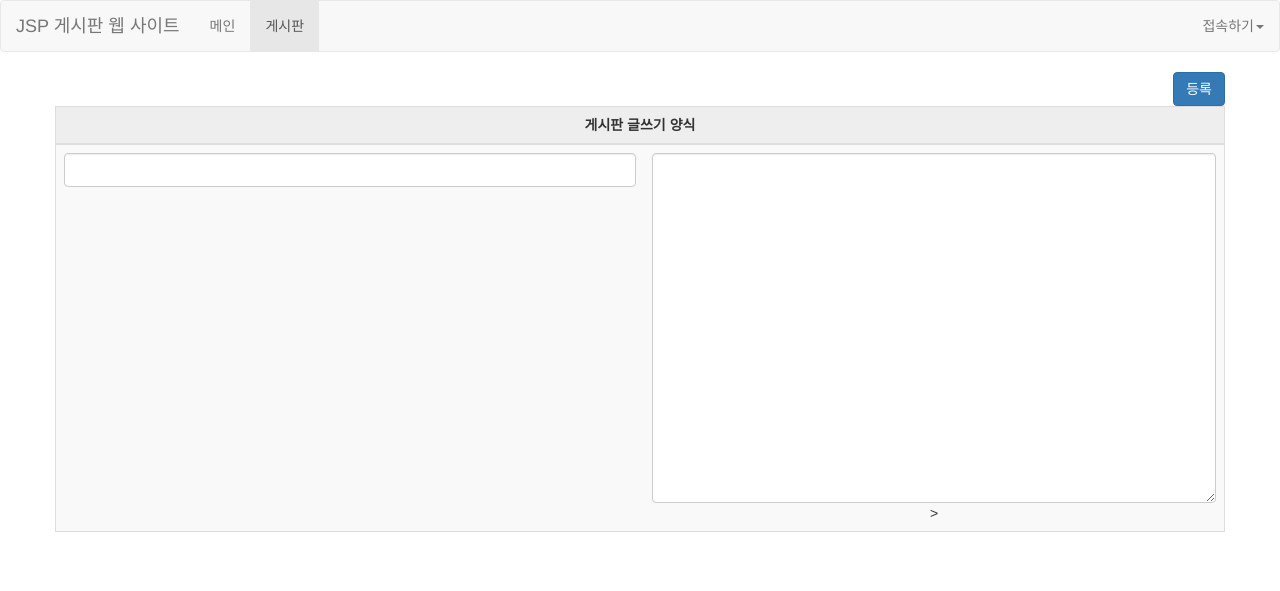
Repository: flown222/JSP_BasicWebsite_Project
Page: http://localhost/BBS/write.jsp
An editor plug-in stored every save of this project. The page is shown before and after the next save, followed by the edit.
The browser window is 1280 px wide. The pictures show the whole page.
The page is served by Tomcat 9. Other server files are loaded and not shown.

Above is the page before, as saved 2022-08-21 07:26:34.

### projects /BBS/src/main/webapp/write.jsp
<%@ page language="java" contentType="text/html; charset=UTF-8"
    pageEncoding="UTF-8"%>
<%@ page import="java.io.PrintWriter"%>
<!DOCTYPE html>
<html>
<head>
<meta http-equiv="Content-Type" content="text/html; charset=UTF-8">
<meta name="viewport" content="width=device-width" , initial-scale="1">
<link rel="stylesheet" href="css/bootstrap.css">

<title>JSP 로그인 웹 사이트</title>
</head>
<body>
	<%
		String userID = null;
		if(session.getAttribute("userID") != null){
			userID = (String) session.getAttribute("userID");
		}
	%>
	<nav class="navbar navbar-default ">
		<div class="navbar-header">
			<button type="button" class="navbar-toggle collapsed"
			data-toggle="collapse" data-target="#bs-example-navbar-collapse-1"
			aria-expanded="false">
				<span class="icon-bar"></span>
				<span class="icon-bar"></span>
				<span class="icon-bar"></span>
			</button>

			<a class="navbar-brand" href="main.jsp">JSP 게시판 웹 사이트</a>
		</div>
       <div class="collapse navbar-collapse" id="bs-example-navbar-collapse-1"
       				aria-expanded="false">
           <ul class="nav navbar-nav">
                   <li><a href="main.jsp">메인</a></li>
                   <li class="active"><a href="bbs.jsp">게시판</a></li>
           </ul>
           <%
           		if(userID == null){ //로그인 또는 회원가입을 통해 접속을 하지 않을 상태일때.
           %>
			<ul class="nav navbar-nav navbar-right">
				<li class="dropdown">
					<a href="#" class="dropdown-toggle"
                     data-toggle="dropdown" role="button" aria-haspopup="true"
                     aria-expanded="false">접속하기<span class="caret"></span></a>
                     <ul class="dropdown-menu">
                     	<li><a href="login.jsp">로그인</a></li>
                     	<li><a href="join.jsp">회원가입</a></li>
                     </ul>
				</li>
			</ul>
			<%
           		} else{//로그인 또는 회원가입을 통해 접속을 했을때.
           	%>
           	<ul class="nav navbar-nav navbar-right">
				<li class="dropdown">
					<a href="#" class="dropdown-toggle"
                     data-toggle="dropdown" role="button" aria-haspopup="true"
                     aria-expanded="false">회원관리<span class="caret"></span></a>
                     <ul class="dropdown-menu">
                     	<li><a href="logoutAction.jsp">로그아웃</a></li>
                     </ul>
				</li>
			</ul>
           	<%
           		}
            %>

		</div>
	</nav>
	<div class="container">
		<div class="row">
			<form method="post" action= "writeAction.jsp">
				<table class="table table-striped" style="text-align : center; border: 1px solid #dddddd">
					<thead>
						<tr>
							<th colspan="2" style="background-color: #eeeeee; text-align: center;">게시판 글쓰기 양식</th>
						</tr>
					</thead>
					<tbody>
						<tr>
							<td><input type="text" class="form-control" placeholer="글 제목을 입력하세요."
							name="bbsTitle" maxlength="50"></td>
							<td><textarea type="text" class="form-control" placeholer="글 내용을 입력하세요."
							name="bbsContent" maxlength="2048" style= "height: 350px; "></textarea>></td>
						</tr>
					</tbody>
					<input type="submit" class="btn btn-primary pull-right" value = "등록">
				</table>
			</form>
		</div>
	</div>
	<script src="https://code.jquery.com/jquery-3.3.1.min.js"></script>
	<script src="js/bootstrap.js"></script>
</body>
</html>

Loaded but not shown: projects /BBS/src/main/webapp/css/bootstrap.css (library); projects /BBS/src/main/webapp/js/bootstrap.js (library)

After the next save:
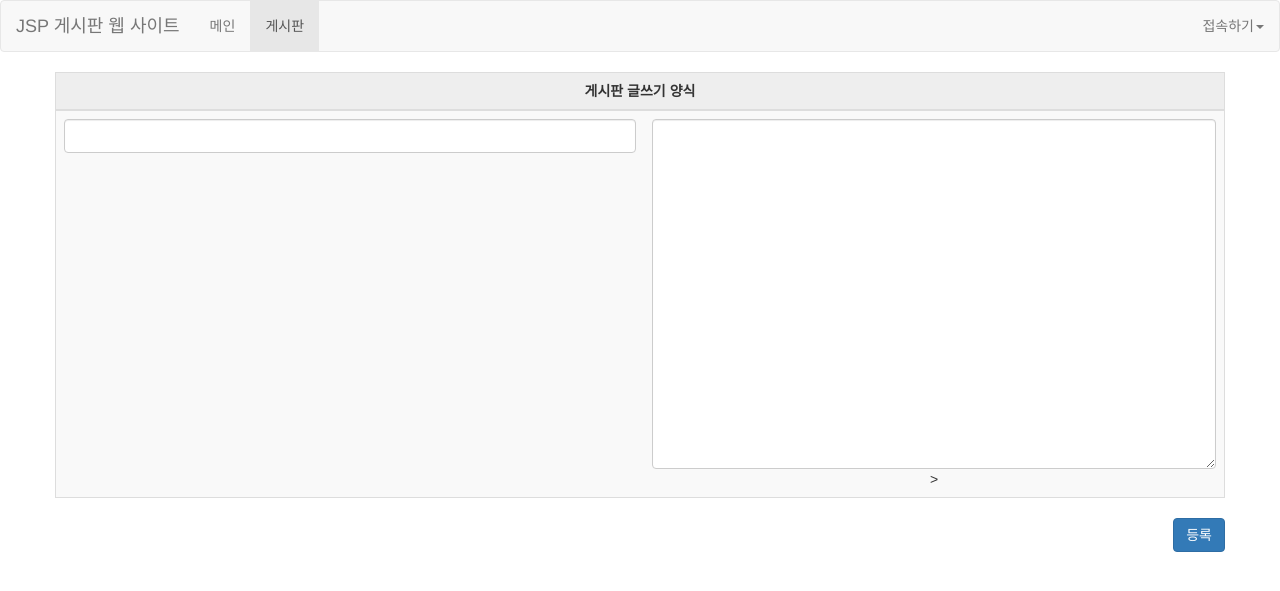
Saved 41 s later.
--- a/projects /BBS/src/main/webapp/write.jsp
+++ b/projects /BBS/src/main/webapp/write.jsp
@@ -81,12 +81,12 @@
 						<tr>
 							<td><input type="text" class="form-control" placeholer="글 제목을 입력하세요."
 							name="bbsTitle" maxlength="50"></td>
-							<td><textarea type="text" class="form-control" placeholer="글 내용을 입력하세요."
+							<td><textarea class="form-control" placeholer="글 내용을 입력하세요."
 							name="bbsContent" maxlength="2048" style= "height: 350px; "></textarea>></td>
 						</tr>
 					</tbody>
-					<input type="submit" class="btn btn-primary pull-right" value = "등록">
 				</table>
+				<input type="submit" class="btn btn-primary pull-right" value = "등록">
 			</form>
 		</div>
 	</div>
